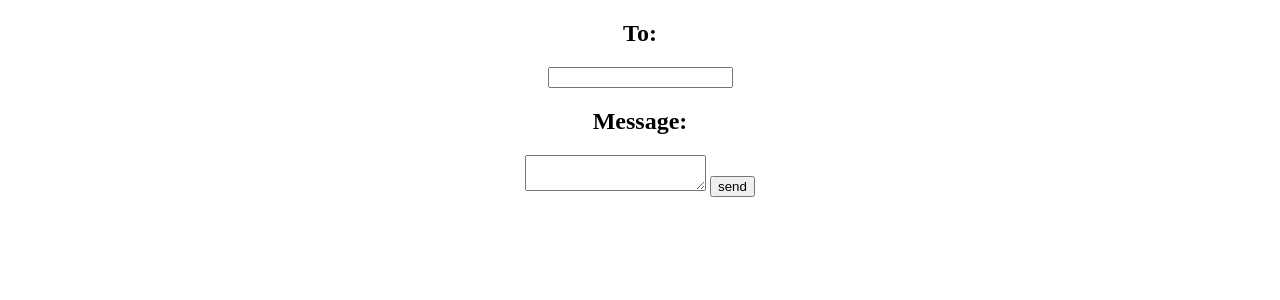
Repository: ycdtc/movie
Page: aaa/WebContent/message.html
The author's editor kept a copy of each file at every save. The page is drawn from the files as they stood at one save, then again after the next save.
The browser window is 1280 px wide. The pictures show the whole page.
Some web libraries are served in a nearby version.

Above is the page before, as saved 2017-07-11 03:03:42.

### aaa/WebContent/message.html
<!DOCTYPE html>
<html>
<head>
<meta charset="UTF-8">
<title>Insert title here</title>
<script src="https://code.jquery.com/jquery-3.2.1.min.js"></script>
<script type="text/javascript" src="javascript/base.js"></script>
<link rel="stylesheet" href="stylesheet/base.css" />
</head>
<body>
<h2>To:</h2>
<input id="to" type="text" />
<h2>Message:</h2>
<textarea id="message"></textarea>
<button id="sned">send</button>
</body>
<script>
$("#send").click(function(e){
	var from = getRequest("id");
	var json = {"from":from,"to":$("to").val(),"message":$("message").html()};
	dbAdd("D:/data/message.txt", json);
	self.close();

});
</script>
</html>

### aaa/WebContent/javascript/base.js
/**
 *
 */

var colors = ["red","orange","green","blue","purple","black"];
function getRequest() {
	var url = location.search;
	var paras = url.substr(1).split("&");
	var res = new Object();
	for(var i=0;i<paras.length;i++){
		res[paras[i].split("=")[0]] = paras[i].split("=")[1];
	}
	return res;
}

function drawPie(chart,value,name){
	var can = document.getElementById(chart);
	var ctx = can.getContext("2d");
	var start = 0;
	var end = 0;
	ctx.translate(400,350);
	var sum = 0;
	for(var i=0;i<value.length;i++){
		sum += value[i];
	}
	for(var i=0;i<value.length;i++){
		start = end;
		end += value[i]/sum * 2 * Math.PI;
		ctx.fillStyle = colors[i];
		ctx.beginPath();
		ctx.moveTo(0,0);
		ctx.arc(0,0,200,start,end);
		ctx.closePath();
		ctx.stroke();
		ctx.fill();
	}
	start = 0;
	end = 0;
	var now = 0;
	for(var i=0;i<value.length;i++){
		start = end;
		end += value[i]/sum * 2 * Math.PI;
		ctx.rotate(now + (end-start)/2);
		now = (end-start)/2;
		ctx.font = "24px";
		ctx.fillStyle = "white";
		ctx.fillText(name[i], 60 , 0);
	}
}

function drawLine(chart,value,name,key){
    var canvas = document.getElementById(chart);
    var ctx = canvas.getContext('2d');
    var cw = canvas.width;
    var ch = canvas.height;
    var padding = 80;
    var origin = {x:padding,y:ch-padding};
    var bottomRight = {x:cw-padding,y:ch-padding};
    var topLeft = {x:padding,y:padding};

    //X
    ctx.beginPath();
    ctx.moveTo(origin.x,origin.y);
    ctx.lineTo(bottomRight.x,bottomRight.y);
    //Y
    ctx.moveTo(origin.x,origin.y);
    ctx.lineTo(topLeft.x,topLeft.y);

    ctx.font = '16px SimHei';
    var text = key[0].substring(0,key[0].lastIndexOf('/')+1);
    ctx.fillText(text,origin.x-ctx.measureText(text).width-10,origin.y+32);
    //绘制X方向刻度
    var avgWidth = (cw - 2*padding - 50)/(key.length-1);
    for(var i=0;i<key.length;i++){
        if(i > 0){
            ctx.moveTo(origin.x+i*avgWidth,origin.y);
            ctx.lineTo(origin.x+i*avgWidth,origin.y-10);
        }
        var tmp = key[i].substring(key[i].lastIndexOf("/")+1);
        var txtWidth = ctx.measureText(tmp).width;
        ctx.fillText(tmp,origin.x+i*avgWidth-txtWidth/2,origin.y+32);
    }
    //绘制Y方向刻度
    var max = Math.max.apply(null,value.join(",").split(","));
    var avgValue=Math.floor(max/5);
    var avgHeight = (ch-padding*2-50)/5;
    for(var i=0;i<=5;i++){
    	if(i>0){
            ctx.moveTo(origin.x,origin.y-i*avgHeight);
            ctx.lineTo(origin.x+10,origin.y-i*avgHeight);
    	}
        var txtWidth = ctx.measureText(avgValue*i).width;
        ctx.fillText(avgValue*i,origin.x-txtWidth-5,origin.y-i*avgHeight+6);
    }
    ctx.stroke();

    //line
    var labelX = padding;
    for(var k=0;k<name.length;k++){
    	ctx.beginPath();
    	ctx.strokeStyle = colors[k];
	    for(var i=0;i<value[k].length;i++){
	        var posY = origin.y - value[k][i]/max*(ch-2*padding-50);
	        ctx.fillStyle = colors[k];
	        if(i==0){
	            ctx.moveTo(origin.x+i*avgWidth,posY);
	        }else{
	            ctx.lineTo(origin.x+i*avgWidth,posY);
	        }
	    }
	    ctx.moveTo(labelX,padding/2-6);
        ctx.lineTo(labelX+40,padding/2-6);
        ctx.fillStyle="black";
        ctx.fillText(name[k],labelX+43,padding/2);
        labelX += 50 + ctx.measureText(name[k]).width;
        ctx.stroke();
    }
}

function drawRect(chart,value,key){
    var canvas = document.getElementById(chart);
    var ctx = canvas.getContext("2d");
    var cw = canvas.width;
    var ch = canvas.height;
    var padding = 80;

    var origin = {x:padding,y:ch-padding};
    var bottomRight = {x:cw-padding,y:ch-padding};
    var topLeft = {x:padding,y:padding};

    //X
    ctx.beginPath();
    ctx.moveTo(origin.x,origin.y);
    ctx.lineTo(bottomRight.x,bottomRight.y);
    //Y
    ctx.moveTo(origin.x,origin.y);
    ctx.lineTo(topLeft.x,topLeft.y);

    ctx.font = '16px SimHei';

    //绘制Y方向刻度
    var max = Math.max.apply(null,value);
    console.log(max);
    var avgValue=Math.floor(max/5);
    var avgHeight = (ch-padding*2-50)/5;
    for(var i=0;i<=5;i++){
    	if(i>0){
            ctx.moveTo(origin.x,origin.y-i*avgHeight);
            ctx.lineTo(origin.x+10,origin.y-i*avgHeight);
    	}
        var txtWidth = ctx.measureText(avgValue*i).width;
        ctx.fillText(avgValue*i,origin.x-txtWidth-5,origin.y-i*avgHeight+6);
    }
    ctx.stroke();

    //绘制X方向刻度
    var avgWidth = (cw - 2*padding - 50)/(key.length);
    for(var i=0;i<key.length;i++){
        var txtWidth = ctx.measureText(key[i]).width;
        ctx.fillText(key[i],origin.x+(i+1)*avgWidth-txtWidth/2,origin.y+32);
    }

    for(var i=0;i<value.length;i++){
    	var height = value[i]/max*(ch-2*padding-50);
        ctx.beginPath();
        ctx.fillStyle="#abcdef";
        ctx.rect(origin.x+(i+0.9)*avgWidth,origin.y-height,avgWidth/10,height);
        ctx.fill();
        ctx.closePath();
    }

}

function dbAdd(path,data){
	var fs;
	//read 1 write 2 add 8
	fs = new ActiveXObject("Scripting.FileSystemObject");
	file = fs.openTextFile(path, 1);
	while(!file.atEndOfStream){
		if(file.readLine() == JSON.stringify(data)){
			return 1;
		}
	}
	file.close();
	file = fs.OpenTextFile(path, 8);
	file.write("\r\n" + JSON.stringify(data));
	file.close();
	return 0;
}

function dbRemove(path,data){
	var fs;
	//read 1 write 2 add 8
	fs = new ActiveXObject("Scripting.FileSystemObject");
	file = fs.openTextFile(path, 1);
	var s = "";
	while(!file.atEndOfStream){
		var flag = 0;
		var line = file.readLine();
//		if(line == ""){
//			continue;
//		}
		for(var key in data){
			if(JSON.parse(line)[key] != data[key]){
				flag = 1;
			}
		}
		if(flag == 1){
			s += line + "\r\n";
		}
	}
	file.close();
	file = fs.OpenTextFile(path, 2);
	console.log(s);
	file.write(s.substring(0,s.length-2));
	file.close();
	return 0;
}

function dbSearch(path,data){
	var fs;
	//read 1 write 2 add 8
	fs = new ActiveXObject("Scripting.FileSystemObject");
	file = fs.openTextFile(path, 1);
	var res = [];
	while(!file.atEndOfStream){
		var flag = 0;
		var line = file.readLine();
//		if(line == ""){
//			continue;
//		}
		for(var key in data){
			if(JSON.parse(line)[key] != data[key]){
				flag = 1;
			}
		}
		if(flag == 0){
			res.push(JSON.parse(line));
		}
	}
	file.close();
	return res;
}

function dbUpdate(path,data,newdata){
	var fs;
	//read 1 write 2 add 8
	fs = new ActiveXObject("Scripting.FileSystemObject");
	file = fs.openTextFile(path, 1);
	var s = "";
	while(!file.atEndOfStream){
		var flag = 0;
		var line = file.readLine();
//		if(line == ""){
//			continue;
//		}
		for(var key in data){
			if(JSON.parse(line)[key] != data[key]){
				flag = 1;
			}
		}
		if(flag == 1){
			s += line + "\r\n";
		}else{
			var json = JSON.parse(line);
			for(var key in newdata){
				json[key] = newdata[key];
			}
			s += JSON.stringify(json) + "\r\n";
		}
	}
	file.close();
	file = fs.OpenTextFile(path, 2);
	console.log(s);
	file.write(s.substring(0,s.length-2));
	file.close();
	return 0;
}

function dbGetValue(path,key,criteria) {
	criteria = criteria || {};
	var res = [];
	var find = dbSearch(path, criteria);
	for(var i=0;i<find.length;i++){
		if($.inArray(find[i][key],res) == -1){
			res.push(find[i][key]);
		}
	}
	res.sort();
	return res;
}

function addMovie(){
	fs = new ActiveXObject("Scripting.FileSystemObject");
	file = fs.openTextFile("d:/data/roominfo.txt", 2);
	var brands = ["Zhangjiang","Global harbor","Zhongshan Park","East Nanjing Road"];
	var rooms = ["Room1","Room2","Room3"];
	var seats = [[0,0,0,0,0],[0,0,0,0,0],[0,0,0,0,0],[0,0,0,0,0],[0,0,0,0,0]];
	var movie = ["Despicable Me 3","Spider-Man","Transformers","War of the Planet of the Apes"];
	var times = ["9:00-11:00","13:00-15:00","15:00-17:00","19:00-21:00"];
	var i = 0;
	for ( var brand in brands) {
		for(var room in rooms){
			for(var time in times){
				var json = {"brand":brands[brand], "room":rooms[room],"seats":seats,"time":times[time],"movie":movie[i%movie.length],"price":"35"};
				file.writeLine(JSON.stringify(json));
				i++;
			}
		}
	}
	file.close();
}

function addBox(){
	function getNumber(mean,std_dev){
	    return mean+(distribution()*std_dev);
	}

	function distribution(){
	    var sum=0.0;
	    for(var i=0; i<12; i++){
	        sum=sum+Math.random();
	    }
	    return sum-6.0;
	}
	var dis = {};
	for(var i=0;i<1000000;i++){
		var num = parseInt(getNumber(180, 10));
		if(num in dis){
			dis[num]++;
		}else{
			dis[num] = 1;
		}
	}
	var movies = dbGetValue("D:/data/movieinfo.txt","movie",{"status":"present"});
	fs = new ActiveXObject("Scripting.FileSystemObject");
	file = fs.openTextFile("D:/data/boxinfo.txt", 2);
	var num = [161,185,179,197];
	for(var i=0;i<movies.length;i++){
		for(var j=1;j<=31;j++){
			if(num[i] in dis){
				var json = {"movie":movies[i],"date":"2017/7/"+j,"boxOffice":dis[num[i]]};
				file.writeLine(JSON.stringify(json));
			}else{
				var json = {"movie":movies[i],"date":"2017/7/"+j,"boxOffice":40};
				file.writeLine(JSON.stringify(json));
			}
			num[i]++;
		}
	}
	file.close();
}

### aaa/WebContent/stylesheet/base.css
@CHARSET "UTF-8";
body{
	text-align: center;
}

After the next save:
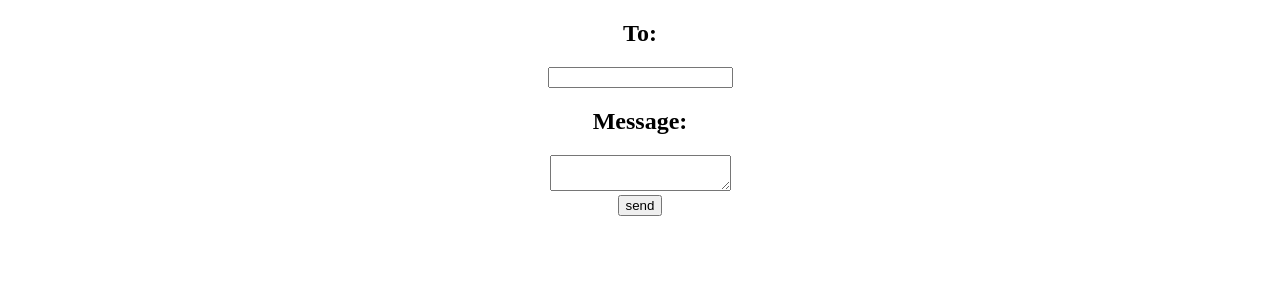
Saved 2 min 3 s later.
--- a/aaa/WebContent/message.html
+++ b/aaa/WebContent/message.html
@@ -12,11 +12,13 @@
 <input id="to" type="text" />
 <h2>Message:</h2>
 <textarea id="message"></textarea>
+<div>
 <button id="sned">send</button>
+</div>
 </body>
 <script>
 $("#send").click(function(e){
-	var from = getRequest("id");
+	var from = getRequest()["id"];
 	var json = {"from":from,"to":$("to").val(),"message":$("message").html()};
 	dbAdd("D:/data/message.txt", json);
 	self.close();
